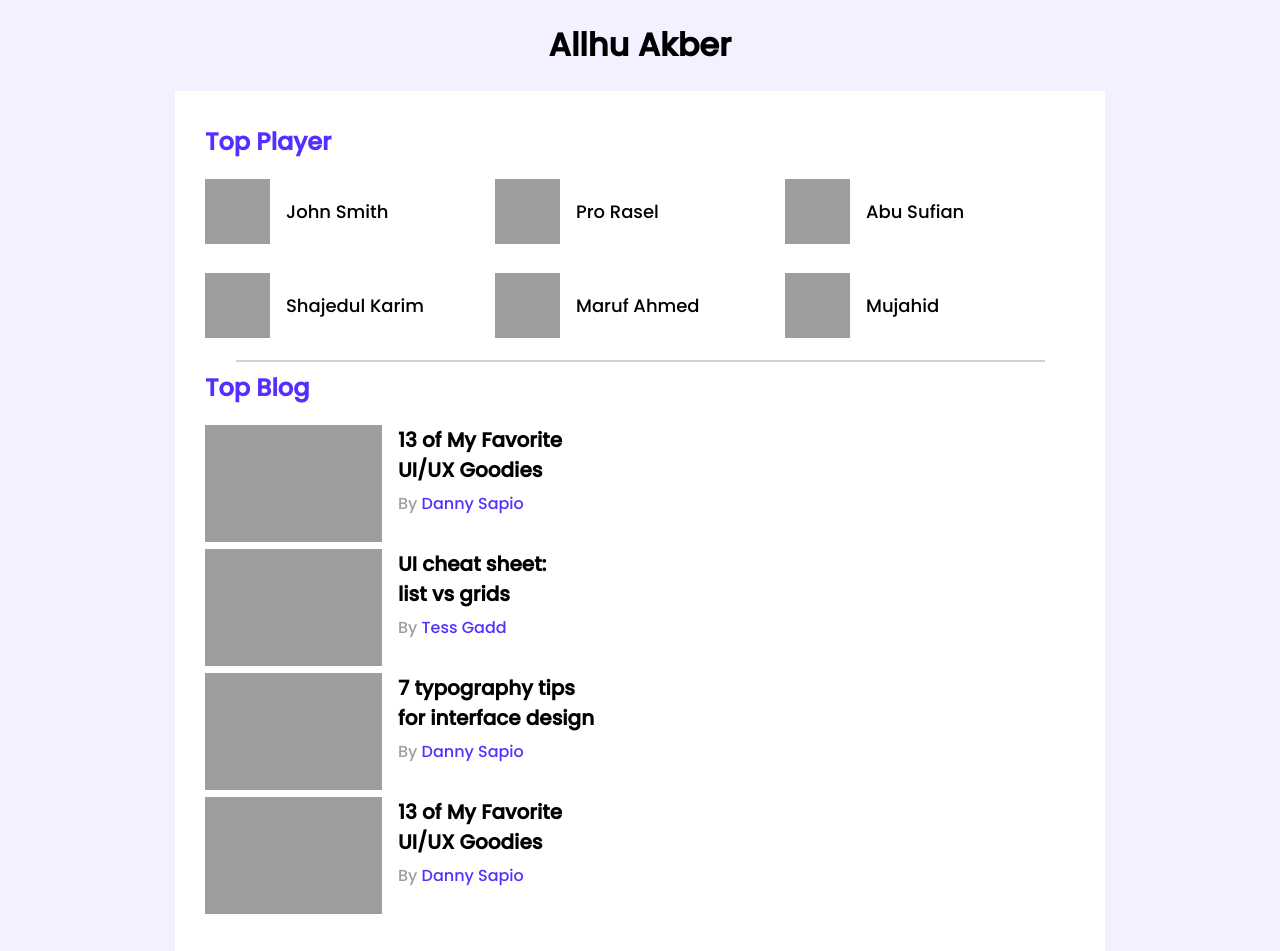
Repository: zjria/leader-board
Page: index.html
An editor plug-in stored every save of this project. The page is shown before and after the next save, followed by the edit.
The browser window is 1280 px wide. The pictures show the whole page.
Pictures or frames that could not be fetched are drawn as grey boxes.

Above is the page before, as saved 2022-09-04 08:38:06.

### index.html
<!DOCTYPE html>
<html lang="en">

<head>
    <meta charset="UTF-8">
    <meta http-equiv="X-UA-Compatible" content="IE=edge">
    <meta name="viewport" content="width=device-width, initial-scale=1.0">
    <title>leader-board</title>
    <!-- Custom CSS -->
    <link rel="stylesheet" href="/style/style.css">
</head>

<body>
    <h1>Allhu Akber</h1>
    <!-- Header Section -->
    <header>

    </header>
    <!-- Main Section -->
    <main>
        <section class="container">
            <div class="top-players">
                <h2 class="section-title">Top Player</h2>
                <div class="players">
                    <div class="player">
                        <img src="images/players/player-1.png" alt="">
                        <h3 class="name-title">John Smith</h3>
                    </div>
                    <div class="player">
                        <img src="images/players/player-2.png" alt="">
                        <h3 class="name-title">Pro Rasel</h3>
                    </div>
                    <div class="player">
                        <img src="images/players/player-3.png" alt="">
                        <h3 class="name-title">Abu Sufian</h3>
                    </div>
                    <div class="player">
                        <img src="images/players/player-4.png" alt="">
                        <h3 class="name-title">Shajedul Karim</h3>
                    </div>
                    <div class="player">
                        <img src="images/players/player-5.png" alt="">
                        <h3 class="name-title">Maruf Ahmed</h3>
                    </div>
                    <div class="player">
                        <img src="images/players/player-6.png" alt="">
                        <h3 class="name-title">Mujahid</h3>
                    </div>
                </div>
            </div>
            <hr class="horigantal-line">

            <!-- Blog information -->
            <div class="blog-information">
                <h2 class="section-title">Top Blog</h2>
                <article class="blogs">
                    <div class="blog-thimble">
                        <img src="images/blogs/blog-1.png" alt="">
                    </div>
                    <div class="blog-contain">
                        <h2>13 of My Favorite <br> UI/UX Goodies</h2>
                        <p class="blog-auther">By <a href="">Danny Sapio</a></p>
                    </div>
                </article>
                <article class="blogs">
                    <div class="blog-thimble">
                        <img src="images/blogs/blog-2.png" alt="">
                    </div>
                    <div class="blog-contain">
                        <h2>UI cheat sheet: <br>
                            list vs grids</h2>
                        <p class="blog-auther">By <a href="">Tess Gadd</a></p>
                    </div>
                </article>
                <article class="blogs">
                    <div class="blog-thimble">
                        <img src="images/blogs/blog-3.png" alt="">
                    </div>
                    <div class="blog-contain">
                        <h2>7 typography tips <br>
                            for interface design</h2>
                        <p class="blog-auther">By <a href="">Danny Sapio</a></p>
                    </div>
                </article>
                <article class="blogs">
                    <div class="blog-thimble">
                        <img src="images/blogs/blog-4.png" alt="">
                    </div>
                    <div class="blog-contain">
                        <h2>13 of My Favorite <br> UI/UX Goodies</h2>
                        <p class="blog-auther">By <a href="">Danny Sapio</a></p>
                    </div>
                </article>
            </div>

        </section>
    </main>
</body>

</html>

### style/style.css
/* Google Fonts */
@import url('https://fonts.googleapis.com/css2?family=Poppins:wght@500&family=Roboto:wght@100;300;400;500;700;900&display=swap');

h1 {
    display: flex;
    justify-content: center;
}

/* Commant CSS Utilitis */
body {
    border: 0px;
    margin: 0px;
    font-family: 'Poppins', sans-serif;
    /* font-family: 'Roboto', sans-serif; */
    background-color: #F3F1FF;
}

/* Top Players Section */
main {
    display: flex;
    justify-content: center;
}

.section-title {
    color: #562EFF;
    font-size: 24px;
}

.container {
    background-color: #FFFFFF;
    width: 870px;
    padding: 30px;
}

.top-players {
    /* padding: 30px; */
    margin-bottom: 22px;
}

h2.section-title {
    margin-top: 3px;
}

.players {
    display: grid;
    grid-template-columns: repeat(3, 1fr);
    grid-row-gap: 29px;
}

.player {
    display: flex;
    align-items: center;
}

.player img {
    width: 65px;
    height: 65px;
}

.name-title {
    margin-left: 16px;
    font-size: 18px;
    font-weight: normal;
}

.horigantal-line {
    border: 1px solid #D1D1D1;
    width: 807px;
}

/* blogs details information */
.blogs {
    display: flex;
}

.blogs .blog-thimble img {
    width: 177px;
    height: 117px;
    margin-right: 16px;
}

.blog-contain h2 {
    font-size: 20px;
    margin: 0;
}

.blog-contain .blog-auther {
    color: #9F9F9F;
    font-size: 16px;
}

.blog-contain .blog-auther a {
    color: #562EFF;
    font-size: 16px;
    text-decoration: none;
}

.blog-contain p {
    margin-top: 6px;
}

After the next save:
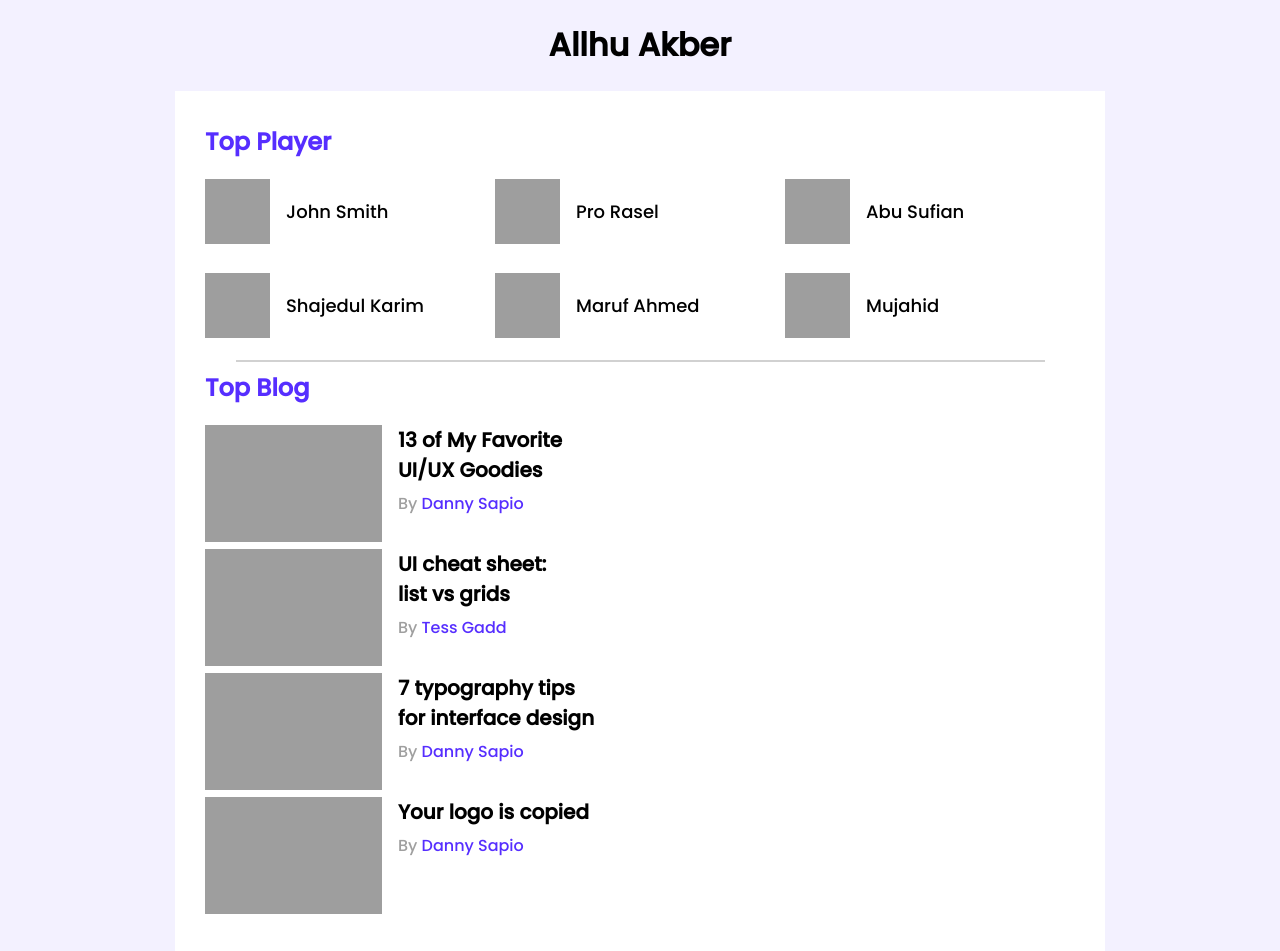
Saved 29 s later.
--- a/index.html
+++ b/index.html
@@ -87,7 +87,8 @@
                         <img src="images/blogs/blog-4.png" alt="">
                     </div>
                     <div class="blog-contain">
-                        <h2>13 of My Favorite <br> UI/UX Goodies</h2>
+                        <h2>Your logo is
+                            copied</h2>
                         <p class="blog-auther">By <a href="">Danny Sapio</a></p>
                     </div>
                 </article>
